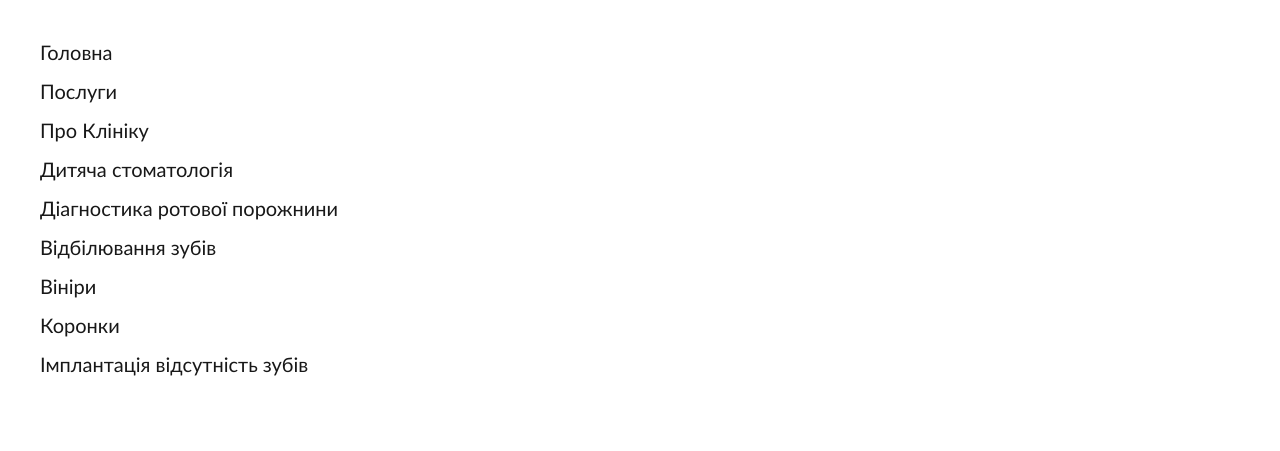
Repository: TarasDutchak/dental-clinic
Page: sitemap.html
The author's editor kept a copy of each file at every save. The page is drawn from the files as they stood at one save, then again after the next save.
The browser window is 1280 px wide. The pictures show the whole page.

Above is the page before, as saved 2025-01-03 07:52:51.

After the next save:
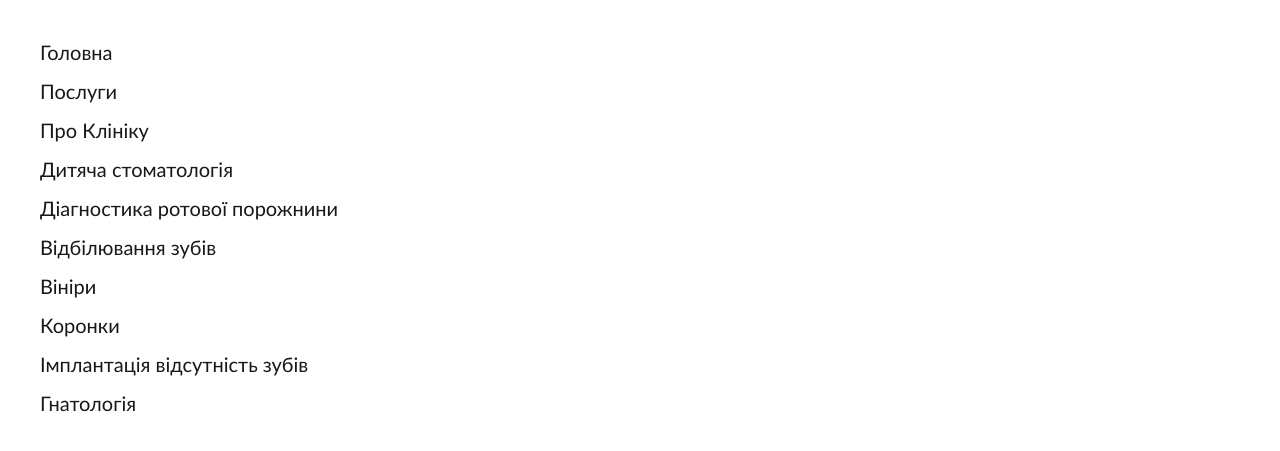
Saved 28 s later.
--- a/sitemap.html
+++ b/sitemap.html
@@ -27,6 +27,7 @@
             <li><a href="veneers.html" target="_blank">Вініри</a></li>
             <li><a href="crowns.html" target="_blank">Коронки</a></li>
             <li><a href="implantation-of-missing-teeth.html" target="_blank">Імплантація відсутність зубів</a></li>
+            <li><a href="gnathology.html" target="_blank">Гнатологія</a></li>
         </ul>
     </div>
 
